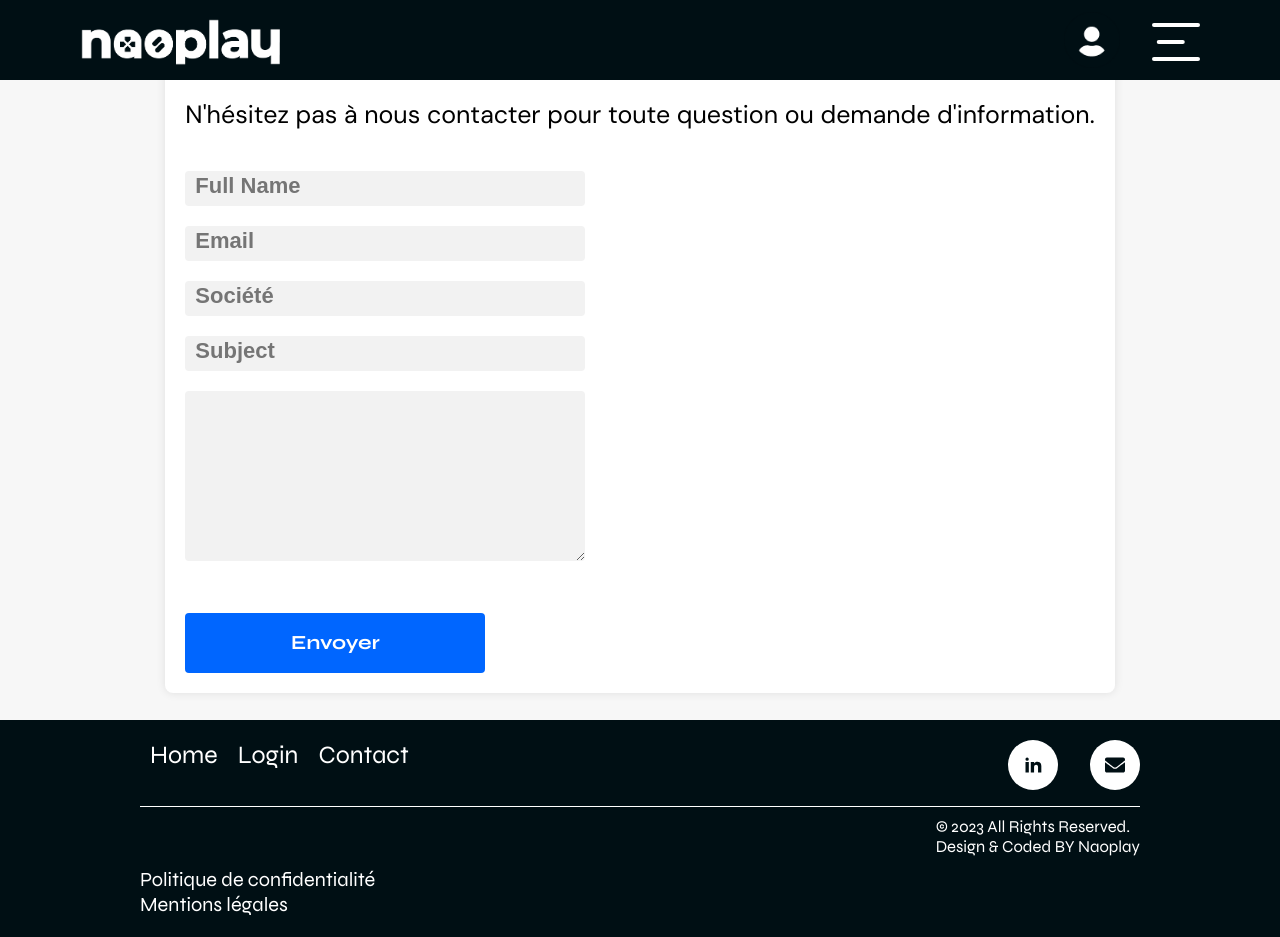
Repository: Hindsedrati/Naoplay
Page: /contact
These files come from the project's save history. The page is drawn as it stood at one moment and after the next save; the edit follows.
The browser window is 1280 px wide. The pictures show the whole page.
The project was rebuilt for these pictures with package versions that can differ from the ones it lists, and the page was loaded fresh each time. Also part of the build but not shown: src/Pages/Login/index.jsx, src/Components/Const/index.jsx, src/Components/Partners/index.jsx, src/Components/Naoplay/index.jsx, src/Components/Api/index.jsx, src/Components/Digitalisation/index.jsx, src/Components/Gateway/index.jsx, src/Components/ApiManagement/index.jsx and 6 more.

Above is the page before, as saved 2023-05-10 12:43:36.

After the next save:
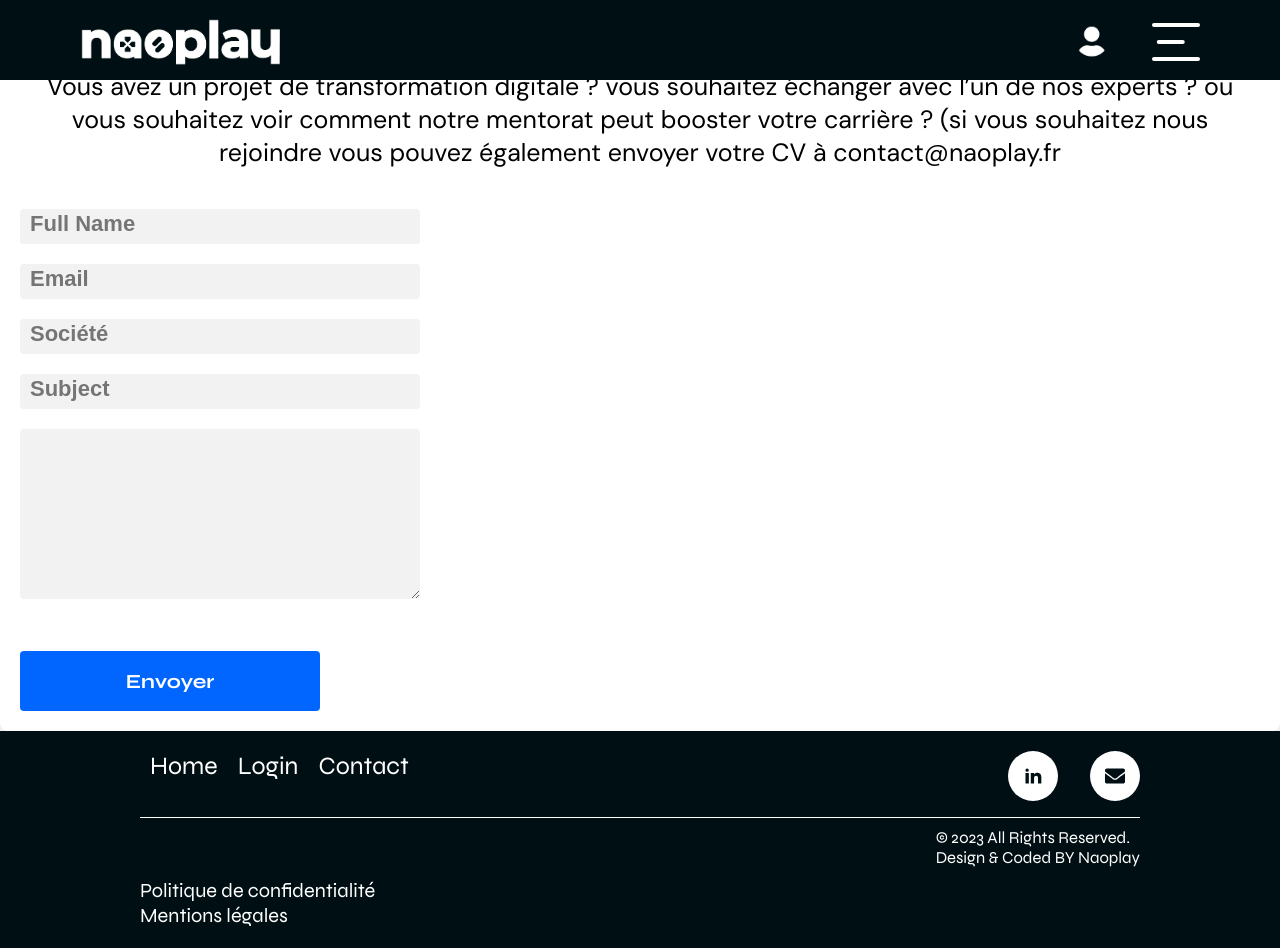
Saved 25 s later.
--- a/src/Pages/Contact/index.jsx
+++ b/src/Pages/Contact/index.jsx
@@ -6,7 +6,7 @@
     <section class="contact-form">
   <div class="container">
     <h2>Contactez-nous</h2>
-    <p>N'hésitez pas à nous contacter pour toute question ou demande d'information.</p>
+    <p>Vous avez un projet de transformation digitale ? vous souhaitez échanger avec l’un de nos experts ? ou vous souhaitez voir comment notre mentorat peut booster votre carrière ? (si vous souhaitez nous rejoindre vous pouvez également envoyer votre CV à contact@naoplay.fr</p>
     <form class="form-control card">
       <input type="text" placeholder="Full Name" name="user_name" required />
       <input type="email" placeholder="Email" name="user_email" required />
